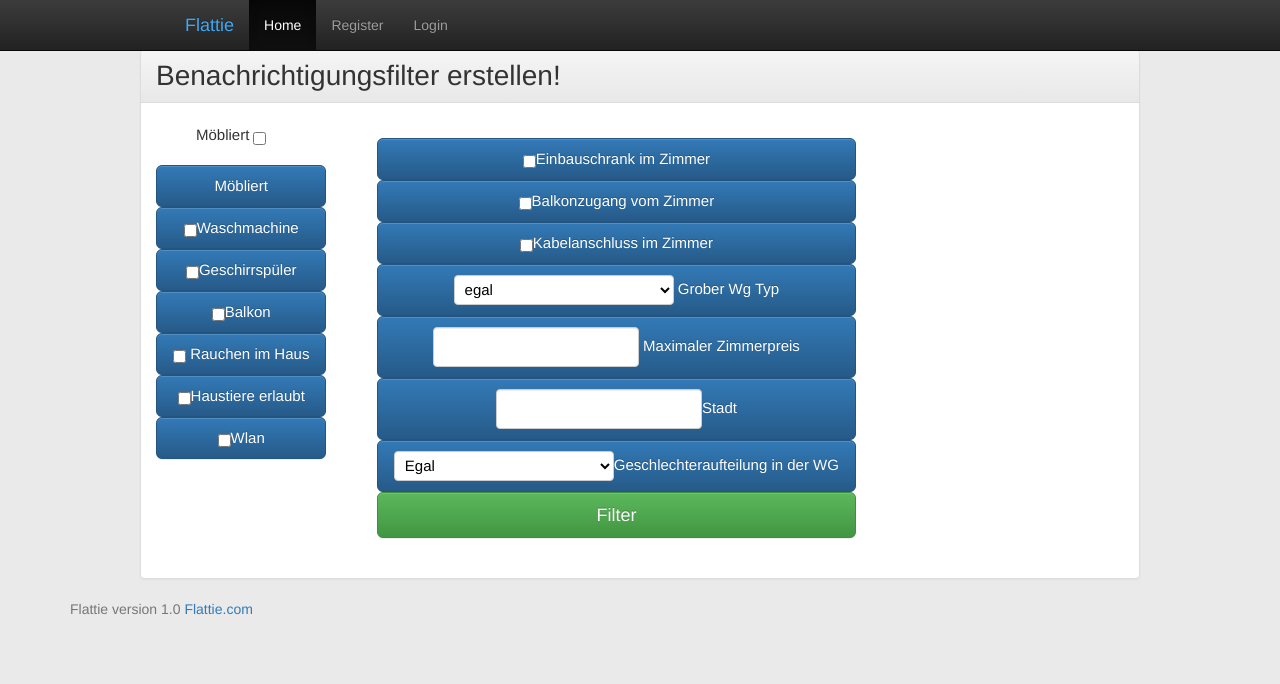
Repository: ese-unibe-ch/ese2014-team2
Page: http://localhost/Skeleton/pages/createCustomFilter.jsp
These files come from the project's save history. The page is drawn as it stood at one moment and after the next save; the edit follows.
The browser window is 1280 px wide. The pictures show the whole page.
Some web libraries are served in a nearby version. The page is served by Tomcat 9. Nobody is signed in. The application's start-up code is not run. The template is opened directly, without the code that normally fills it, so the values that code supplies are empty.

Above is the page before, as saved 2014-11-26 12:06:42.
Console error (its wording comes from the project's code and is left out).

After the next save:
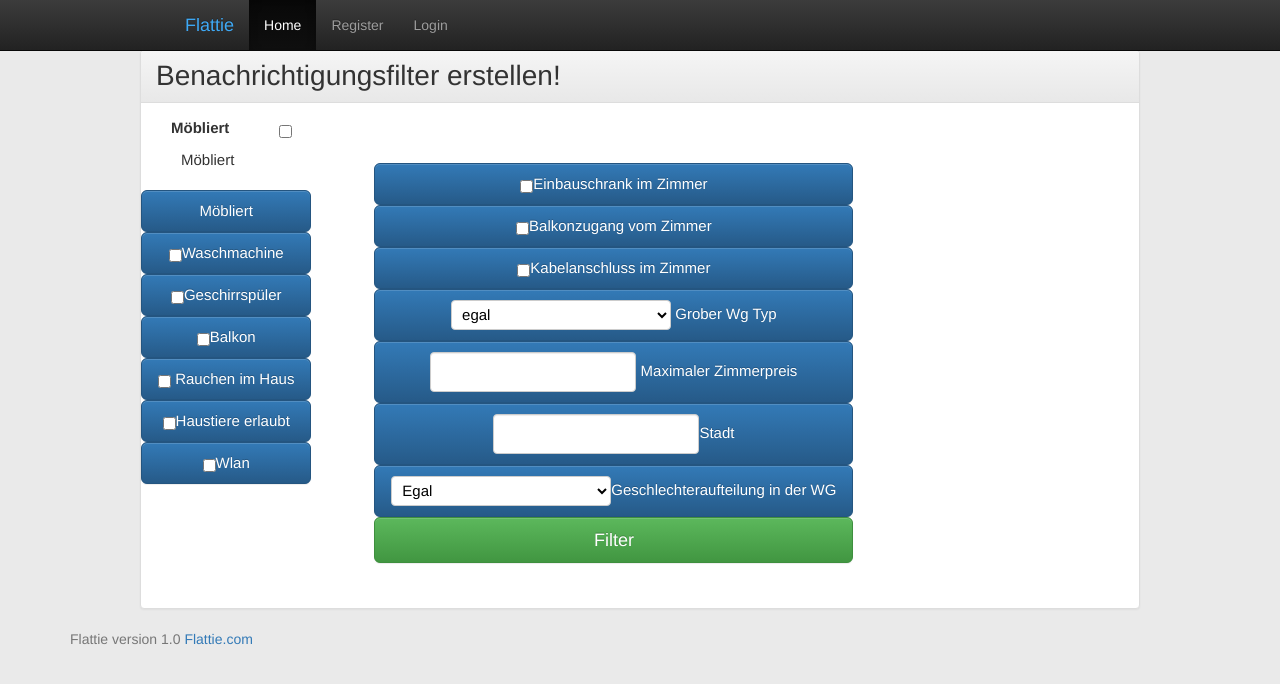
Saved 2 min 28 s later.
--- a/Skeleton/src/main/webapp/pages/createCustomFilter.jsp
+++ b/Skeleton/src/main/webapp/pages/createCustomFilter.jsp
@@ -22,6 +22,15 @@
 		enctype="multipart/form-data">
 		<fieldset>
 
+		<div class="row">
+			<div class="col-md-8">
+				<div class="col-md-4">
+					<label>Möbliert</label>
+				</div>
+				<div class="col-md-2">
+					<form:checkbox path="furnished" id="field-furnished" />
+				</div>
+			</div>
 
 
   				<div class="row">
@@ -29,7 +38,7 @@
 				    <div class="input-group">
 				    	<div class="radio">
   							<label>Möbliert</label>
-								<form:checkbox path="furnished" id="field-furnished" />
+
 
 						</div>
 
